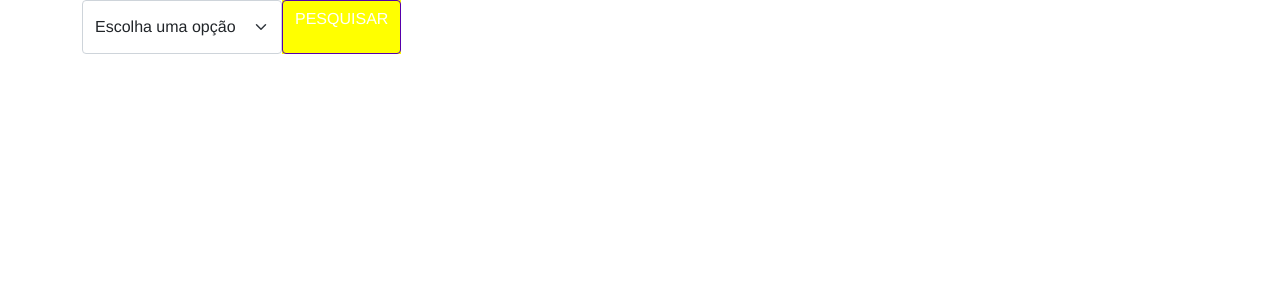
Repository: LuismGil/Countries-list
Page: /
An editor plug-in stored every save of this project. The page is shown before and after the next save, followed by the edit.
The browser window is 1280 px wide. The pictures show the whole page.
The project was rebuilt for these pictures with package versions that can differ from the ones it lists, and the page was loaded fresh each time.

Above is the page before, as saved 2021-05-22 21:23:32.

After the next save:
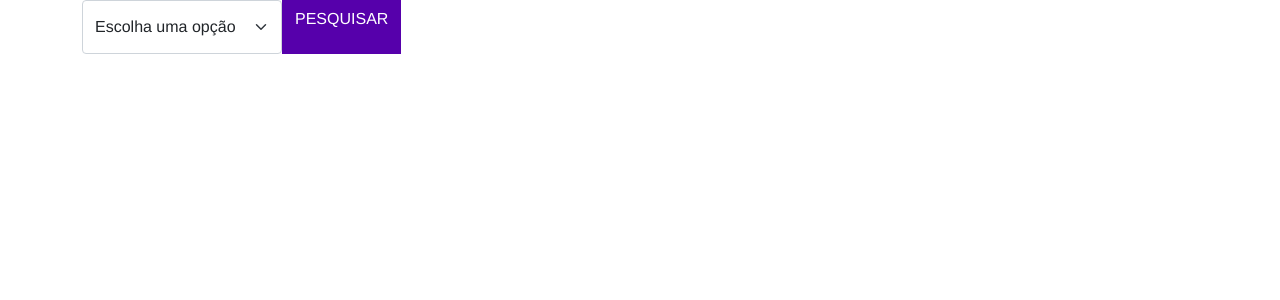
Saved 28 s later.
--- a/src/components/MvCountries.vue
+++ b/src/components/MvCountries.vue
@@ -41,7 +41,7 @@ export default {
 }
 
 .btn-find {
-  background-color: yellow;
+  background-color: #5600AB;;
 }
 
 </style>
